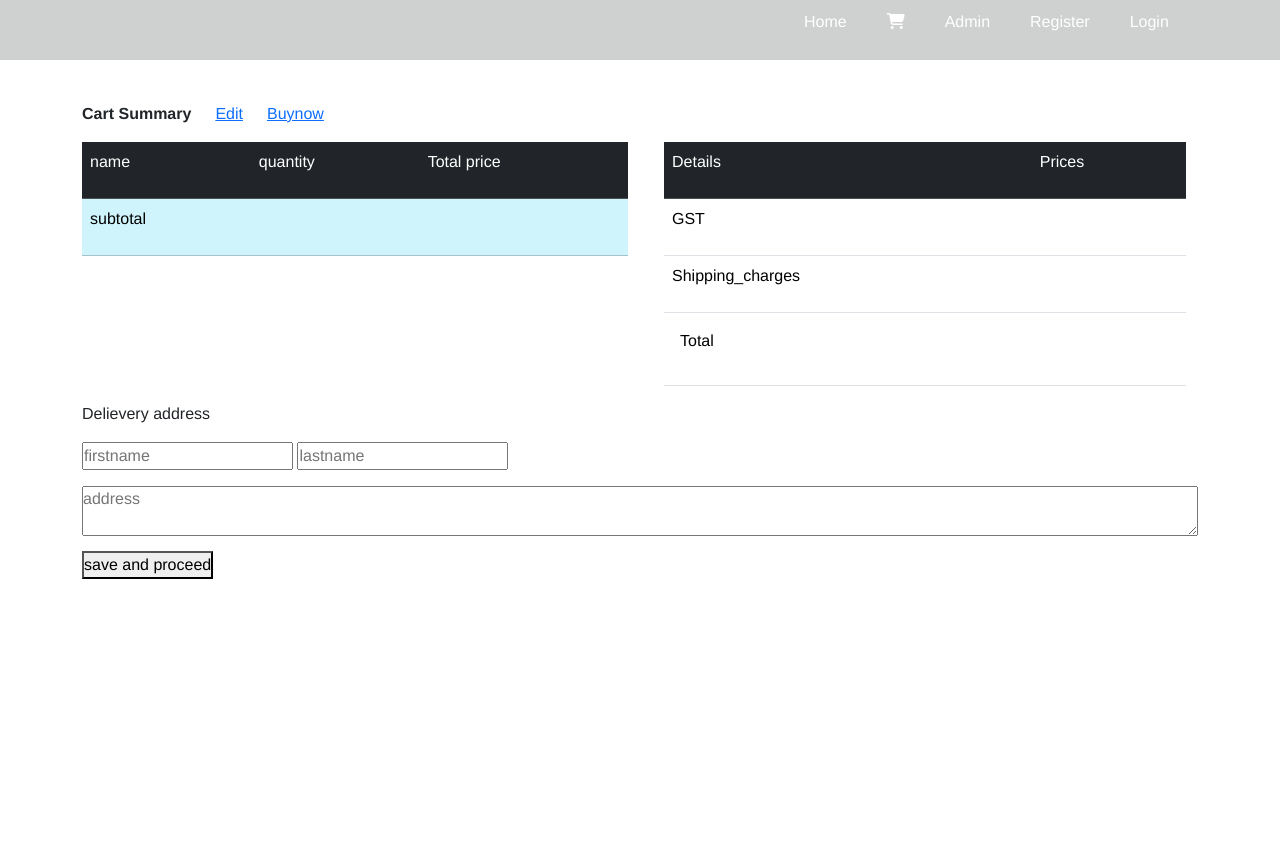
Repository: nagarjunau-dev/Brand
Page: project/login/templates/checkout.html
An editor plug-in stored every save of this project. The page is shown before and after a run of saves, followed by the edit.
The browser window is 1280 px wide. The pictures show the whole page.
The template is drawn by Django 5.2. The application's start-up code is not run. Other server files are loaded and not shown. The template is opened directly, without the code that normally fills it, so the values that code supplies are empty.

Above is the page before, as saved 2025-06-17 16:17:43.
Console error: TypeError: Cannot set properties of null (setting 'onclick')

### project/login/templates/checkout.html
{% extends "main.html" %}
{% load static %}
{% block content %}
<div class="container" style="height:100vh;margin:70px 0;">
    <div class="row mt-4">
        <div class="col mt-2">
            <div class="d-flex ">
            <p><b>Cart Summary</b></p>
            <a class='px-4'href="{% url "cart" %}">Edit</a>
            <a href="{% url "buynow" %}">Buynow</a>
            </div>
            <table class="table">
                <tr class="table-dark">
                    <td><p>name</p></td>
                    <td><p>quantity</p></td>
                    <td><p>Total price</p></td>
                </tr>
            {% for product in cart_products  %}
                <tr>
                    <td><p>{{product.name}}</p></td>
                    <td><p>{{product.quantity}}</p></td>
                    <td><p>{{product.total_price}}</p></td>
                </tr>
            {% endfor %}
            <tfoot class="table-info">
                <td><p>subtotal</p></td>
                <td><p>{{total_quantity}}</p></td>
                <td><p>{{product_total}}</p></td>
            </tfoot>
            </table>
        </div>
        <div class="col">
            <div class="container-fluid mt-5">
                    <table class="table table-responsive ">
                            <tr class="table-dark">
                                <td><p>Details</p></td>
                                <td><p>Prices</p></td>

                            </tr>
                        {% for i in cart_products  %}
                            <tr>
                                <td><p>{{i.gst}}</p></td>
                                <td><p>{{i.total}}</p></td>
                            </tr>
                        {% endfor %}
                            <tr>
                                <td><p>GST</p></td>
                                <td><p>{{gst_amt}}</p></td>
                            </tr>
                            <tr>
                                <td><p>Shipping_charges</p></td>
                                <td><p>{{shipping_charges}}</p></td>
                            </tr>
                        <tfoot class="table">
                            <td><p>Total</p></td>
                            <td><p>{{total_price }}</p></td>
                    </table>
            </div>
        </div>
    </div>
    <div class="col">
            <p>Delievery address</p>
            <form method="POST" class='form'>
                <div class="mb-2" style="width:100%">
                    <input  class="mb-2" type="text" placeholder="firstname" name="firstname">
                    <input type="text" placeholder="lastname" name="lastname">
                </div>
                <div class="mb-2" style="width:100%">
                    <textarea style="width:100%" name="address" placeholder="address"></textarea>
                </div>
                <div>
                    <button type="submit">save and proceed</button>
                </div>
            </form>
    </div>
</div>
{% endblock content %}

### project/templates/main.html
{% load static %}

<!DOCTYPE html>
<html lang="en">
<head>
    <meta charset="UTF-8">
    <meta name="viewport" content="width=device-width, initial-scale=1.0">
    <title>Login</title>
    {% comment %} <link rel="stylesheet" href="{% static "css/style.css" %}">
    <link rel="stylesheet" href="{% static "css/reg.css" %}">  {% endcomment %}
    <link rel="stylesheet" href="{% static "css/nav.css" %}">
    <link rel="stylesheet" href="https://cdnjs.cloudflare.com/ajax/libs/font-awesome/6.7.2/css/all.min.css" integrity="sha512-Evv84Mr4kqVGRNSgIGL/F/aIDqQb7xQ2vcrdIwxfjThSH8CSR7PBEakCr51Ck+w+/U6swU2Im1vVX0SVk9ABhg==" crossorigin="anonymous" referrerpolicy="no-referrer" />
    <link href="https://cdn.jsdelivr.net/npm/bootstrap@5.3.6/dist/css/bootstrap.min.css" rel="stylesheet" integrity="sha384-4Q6Gf2aSP4eDXB8Miphtr37CMZZQ5oXLH2yaXMJ2w8e2ZtHTl7GptT4jmndRuHDT" crossorigin="anonymous">
    {% block extra_css %}{% endblock extra_css %}
    {% block title %}
    <title>Shopping mart 24/7 -home</title>
    {% endblock title %}
</head>
<body>
    {% include "navbar.html" %}
    {% block content %}

    {% endblock content %}
    <script src="https://cdn.jsdelivr.net/npm/bootstrap@5.3.6/dist/js/bootstrap.min.js"></script>
    <script src="{% static "js/script.js" %}"></script>

</body>
</html>

### project/templates/navbar.html
{% load static %}

<nav>
    <div class="container">
        <ul class="nav-links">
            <li><a href="{% url "home" %}">Home</a></li>
            <li><a href="{% url "cart" %}"><i class="fa-solid fa-cart-shopping"></i><sup>{{count}}</sup></a></li>
            <li><a href="{% url "admin" %}">Admin</a></li>
            {% if request.user.is_authenticated %}
                <li><a id="logout" href="{% url "logout" %}">logout</a></li>
                <li><a id="logout" href="{% url "profile" %}"><i class="fa-solid fa-user" style='class:black'></i></a></li>

            {% else %}
            <li><a  href="{% url "register" %}">Register</a></li>
            <li><a href="{% url "login" %}">Login</a></li>
            {% endif %}
        </ul>
    </div>
</nav>

### project/static/css/nav.css
*{
    margin: 0;
    padding: 0;
    box-sizing: border-box;
    font-family:'Franklin Gothic Medium', 'Arial Narrow', Arial, sans-serif;
}

body{
    display: flex;
    justify-content: center;
    align-items: center;
    min-height: 100vh;
    background:whitesmoke;
}
nav {
    display: flex;
    background-color: rgba(160,164,164,0.5);
    align-items: center;
    padding: 10px 20px 10px 0px;
    position: fixed;
    top: 0px;
    width: 100%;
}
.container {
    width: 10rem;
    margin-left: 30px;
}
.nav-links{
    display: flex;
    list-style-type: none;
    margin-left: 700px;
    gap: 40px;
}
.nav-links a{
    text-decoration: none;
    color: white;
}

### project/static/js/script.js
let logoutbtn = document.getElementById('logout')
logoutbtn.onclick = (e)=>{
    let bool = confirm('Are u sure?')
    if(!bool){
        e.preventDefault()
    }
}

let cartdelbtn = document.getElementsByClassName('dele-btn')
for (let i of cartdelbtn) {
    i.onclick = (e) =>{
        let bool = confirm('delete a product ?')
        if(!bool){
            e.preventDefault()
        }
    }

}

function showFields() {
    const selected = document.getElementById('paymentMethod').value;

    // Hide all sections first
    document.getElementById('creditFields').style.display = 'none';
    document.getElementById('paypalFields').style.display = 'none';
    document.getElementById('upiFields').style.display = 'none';

    // Show selected one
    if (selected === 'credit') {
        document.getElementById('creditFields').style.display = 'block';
    } else if (selected === 'paypal') {
        document.getElementById('paypalFields').style.display = 'block';
    } else if (selected === 'upi') {
        document.getElementById('upiFields').style.display = 'block';
    }
}

After the next 5 saves:
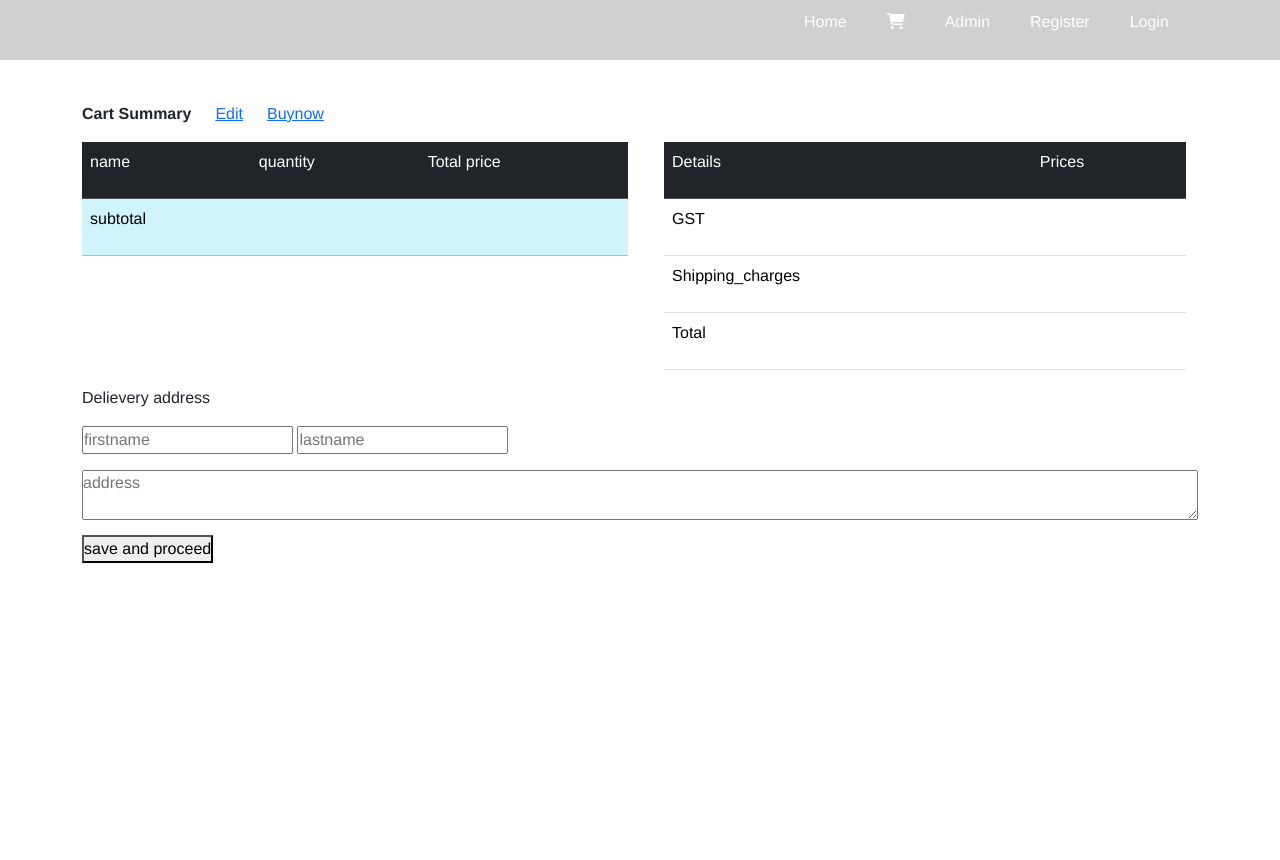
The 5 saves are shown as one change because they came seconds apart.
The last was saved 14 s later.
--- a/project/login/templates/checkout.html
+++ b/project/login/templates/checkout.html
@@ -51,7 +51,7 @@
                                 <td><p>Shipping_charges</p></td>
                                 <td><p>{{shipping_charges}}</p></td>
                             </tr>
-                        <tfoot class="table">
+                            <tr></tr>
                             <td><p>Total</p></td>
                             <td><p>{{total_price }}</p></td>
                     </table>
